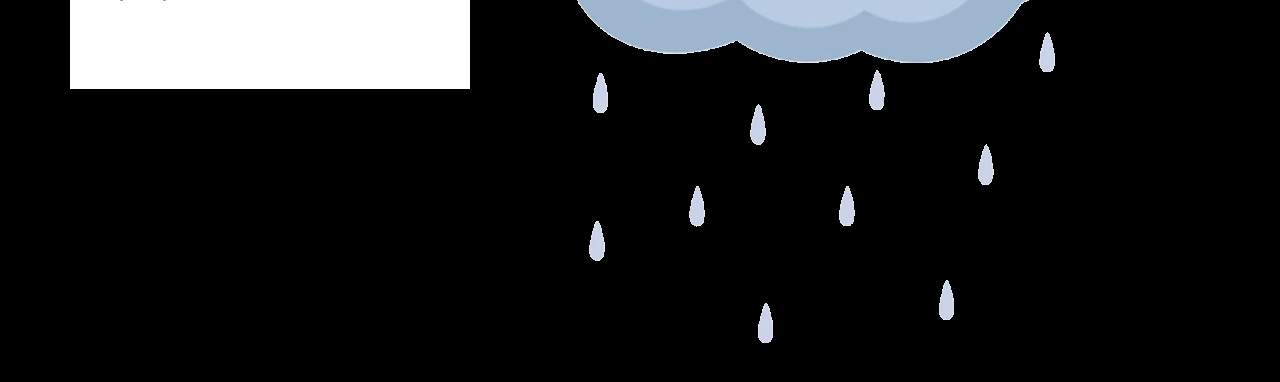
Repository: Pr1s0n3r627/weather
Page: index.html
An editor plug-in stored every save of this project. The page is shown before and after the next save, followed by the edit.
The browser window is 1280 px wide. The pictures show the whole page.
Some web libraries are served in a nearby version.

Above is the page before, as saved 2024-05-18 17:32:07.
Not found: index.js

After the next save:
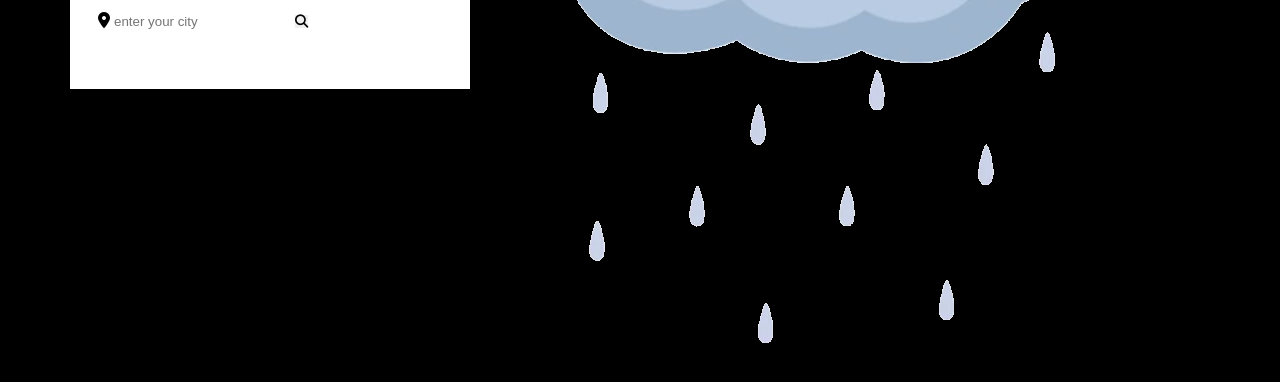
Saved 41 s later.
--- a/style.css
+++ b/style.css
@@ -19,4 +19,5 @@ body{
     width: 400px;
     height: 105px;
     background: #fff;
+    padding: 28px;
 }
